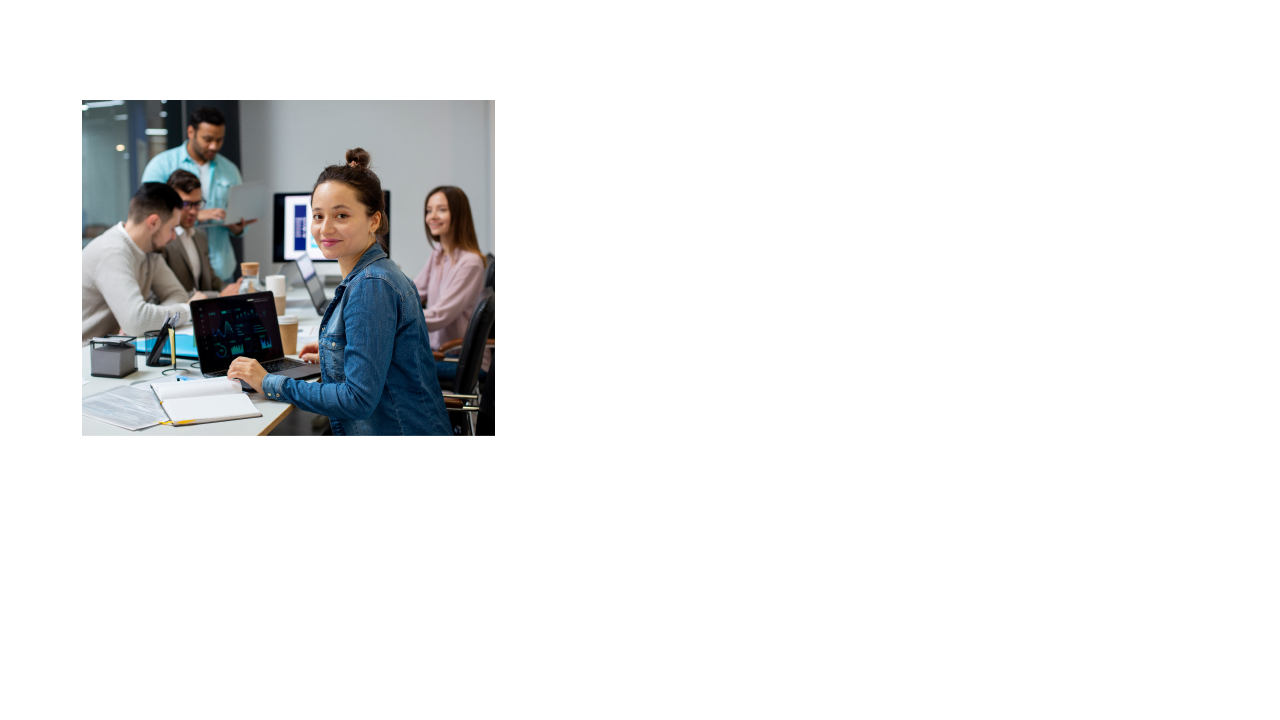
Repository: tagnam/mirehel2.0
Page: about.html
These files come from the project's save history. The page is drawn as it stood at one moment and after the next save; the edit follows.
The browser window is 1280 px wide. The pictures show the whole page.

Above is the page before, as saved 2025-02-03 11:44:17.

### about.html
<!DOCTYPE html>
<html lang="en">
<head>
    <meta charset="UTF-8">
    <meta name="viewport" content="width=device-width, initial-scale=1.0">
    <title>about</title>
    <link href="https://cdn.jsdelivr.net/npm/bootstrap@5.0.2/dist/css/bootstrap.min.css" rel="stylesheet" integrity="sha384-EVSTQN3/azprG1Anm3QDgpJLIm9Nao0Yz1ztcQTwFspd3yD65VohhpuuCOmLASjC" crossorigin="anonymous">
    <link rel="stylesheet" href="style/css/animation.css">
    <link rel="stylesheet" href="style/css/style.css">
    <link rel="stylesheet" href="style/css/animation.css">
</head>
<body>
<!--======================================== about section ==================================== -->


<section>
    <div class="container">
        <div class="row">
            <div class="col-lg-6">
                <div class="about-left">
                    <figure>
                        <img src="images/about-img-1.jpg" alt="">
                    </figure>
                </div>
            </div>
            <div class="col-lg-6"></div>
        </div>
    </div>
</section>

<!--======================================== end about section ==================================== -->












    <script src="https://cdn.jsdelivr.net/npm/bootstrap@5.0.2/dist/js/bootstrap.bundle.min.js" integrity="sha384-MrcW6ZMFYlzcLA8Nl+NtUVF0sA7MsXsP1UyJoMp4YLEuNSfAP+JcXn/tWtIaxVXM" crossorigin="anonymous"></script>
    <script src="https://cdn.jsdelivr.net/npm/@popperjs/core@2.9.2/dist/umd/popper.min.js" integrity="sha384-IQsoLXl5PILFhosVNubq5LC7Qb9DXgDA9i+tQ8Zj3iwWAwPtgFTxbJ8NT4GN1R8p" crossorigin="anonymous"></script>
    <script src="https://cdn.jsdelivr.net/npm/bootstrap@5.0.2/dist/js/bootstrap.min.js" integrity="sha384-cVKIPhGWiC2Al4u+LWgxfKTRIcfu0JTxR+EQDz/bgldoEyl4H0zUF0QKbrJ0EcQF" crossorigin="anonymous"></script>
</body>
</html>

### style/css/style.css

@import url('https://fonts.googleapis.com/css2?family=Hind:wght@300;400;500;600;700&family=Inter:ital,opsz,wght@0,14..32,100..900;1,14..32,100..900&family=Open+Sans:ital,wght@0,300..800;1,300..800&family=Oswald:wght@200..700&family=Poppins:ital,wght@0,100;0,200;0,300;0,400;0,500;0,600;0,700;0,800;0,900;1,100;1,200;1,300;1,400;1,500;1,600;1,700;1,800;1,900&family=Raleway:ital,wght@0,100..900;1,100..900&family=Roboto:ital,wght@0,100;0,300;0,400;0,500;0,700;0,900;1,100;1,300;1,400;1,500;1,700;1,900&family=Urbanist:ital,wght@0,100..900;1,100..900&display=swap');
@import url("https://cdn.jsdelivr.net/npm/bootstrap-icons@1.11.3/font/bootstrap-icons.min.css");
*{
    margin: 0;
    padding: 0;
    box-sizing: border-box;
}

:root{
    --primary-color: #252A4E;
    --secondary-color: #a249ed;

}

body{
    font-family: "Hind", serif;

    color:#252A4E;
}

section{
    padding: 100px 0;
}

.row-container{
    margin-top: 50px;
}
.banner-section{
    background-image: url(/images/banner-bg.webp);
    background-size: cover;
    background-position: center;
    /* background-attachment: fixed; */
    /* height: 100vh; */
    position: relative;
    margin: 15px;
    padding: 8px;
}
.section-btn{
    height: 100%;
    display: flex
;
    justify-content: flex-end;
    align-items: flex-end;
}

.title{
    font-size: 55px;
    font-weight: 800;
    line-height: 1;
}

.banner-img{
    position: relative;
    bottom: -89px;
}
.banner-content{
    margin-top: 100px;
    padding-right: 100px;
}

.banner-title{
    font-size: 70px;
    font-weight: 800;
    line-height: 1;
}

.banner-text{
    font-size: 20px;
    font-weight: 400;
    line-height: 1.5;
    margin-top: 20px;
    color:#515670;
}

.banner-title span{
    color: var(--secondary-color);
}
.sub-heading{
    position: relative;
    display: inline-block;
    font-size: 16px;
    letter-spacing: 0.32px;
    line-height: 26px;
    font-weight: 400;
    font-family: var(--galada);
    text-transform: uppercase;
    background: linear-gradient(90deg, #FFA835 -3.85%, #FA3DCC 97.3%, #FA3AD0 100%);
    background-clip: text;
    -webkit-background-clip: text;
    -webkit-text-fill-color: transparent;

    margin-bottom: 12px;
}




.banner-icon{
    width: 100%;
    background: linear-gradient(90deg, #9255CE -2.17%, #BE60FF 100%);
    box-shadow: 0px 0px 20px 0px rgba(0, 0, 0, 0.08);
    border-radius: 30px 45px 30px 30px;
    position: relative;
    padding: 20px;
    top: 28px;
    right: -13px;
}

.banner-icon h2{
    font-size: 45px;
    font-weight: 800;
    /* line-height: 1.5; */
    color: #fff;
    /* margin-bottom: 20px; */
    text-align: start;
    margin: unset;
    line-height: 38px;
    padding: 10px;
}

.banner-icon h4{
    font-size: 27px;
    font-weight: 600;
    line-height: 1.5;
    color: #fff;
    /* margin-top: 20px; */
    text-align: start;
    text-transform: uppercase;
}


.marquee-content{
    background: linear-gradient(90deg, #70DBFF 0%, #DD98FF 100%);
    border-radius: 0 0 35px 30px;
    overflow: hidden;
    padding: 23px 45px;
    width: 100%;
    position: absolute;
    left: 9px;
    bottom: -12px;
    display: flex;
    justify-content: space-between;
    align-items: center;
}


/* <!--===================================== about section end ========================================--> */
.about-right-container{
    padding-left: 50px;
}
.about-text p{
    font-size: 18px;
    line-height: 1.5;
    color: #515670;
    margin-top: 20px;
}

.about-img{
    position: relative;
    transform: translate(30px, 30px);
    width: 100%;
}

.about-figure{
    position: relative;
  background-color: aqua;
  padding: 20px;
}


.about-list{

    list-style: none;
    padding: unset;
}

.about-list li{
    display: flex;
    align-items: center;
    margin-bottom: 20px;
    justify-content: space-between;
}

.about-icon{

    display: flex;
    justify-content: center;
    align-items: center;
    background-color:var(--secondary-color);
    width: 78px;
    height: 84px;
    background: linear-gradient(90deg, #5A1CCB -2.17%, #815EDC 100%);
    border-radius: 50px 6px 6px 6px;
}

.about-icon .bi{
    font-size: 45px;
    color: #fff;
    display: flex;
    justify-content: center;
    align-items: center;
}


.about-list-title{
    font-size: 27px;
    line-height: 1.16;
    margin-bottom: 4px;
    font-weight: 600;
}

.about-list-text p{
    font-size: 16px;
    line-height: 1.5;
    color: #515670;
    margin: unset;
}
/* <!--===================================== about section end ========================================--> */




/* <!--===================================== service section start ========================================--> */

.service-index {
    width: 100%;
    display: flex;
    justify-content: center;
    align-items: center;
}

.service-index h2{
    position: relative;
    display: inline-block;

    letter-spacing: 0.32px;
margin: unset;
    font-weight: 600;
    font-family: var(--galada);
    text-transform: uppercase;
    background: linear-gradient(90deg, #FFA835 -3.85%, #FA3DCC 97.3%, #FA3AD0 100%);
    background-clip: text;
    -webkit-background-clip: text;
    -webkit-text-fill-color: transparent;

}

.service-title h3{
    font-size: 40px;
    font-weight: 800;
    line-height: 1;
    color: #252A4E;
    margin-bottom: 20px;
}

.service-row{
    border-bottom: 2px solid red;
    margin-bottom: 30px;
}

.service-icon{
    display: flex;
    justify-content: center;
}

.service-icon .bi{
    font-size: 45px;
    color:red;
    display: flex;
    justify-content: center;
    align-items: center;
}
/* <!--===================================== service section end ========================================--> */




/* <!--===================================== project section start========================================--> */




/* <!--===================================== project section start========================================--> */





/* <!--===================================== testimonial section start========================================--> */


.testimonial-card{
    background: linear-gradient(90deg, #70DBFF 0%, #DD98FF 100%);
    padding: 0px 20px;
    border-radius: 20px;
}


.testimonial-img{
    height: 58px;
    width: 58px;
    background: red;
    border-radius: 64%;
    border: 2px solid;
}

.testimonial-top{
    padding-bottom: 20px;
    border-bottom: 1px solid #fff;

}


.testimonial-bottom h2{
    font-size: 65px;
    font-weight: 600;
    line-height: 1.5;
    color: #fff;
    margin-top: 20px;
    text-align: start;
    text-transform: uppercase;
}

.testimonial-bottom p{
    font-size: 20px;
    line-height: 1.5;
    color: #fff;
    margin: unset;
}

  .testimonial .testimonial-content {
    margin: 10px 10px 0;
    /* background: #efefef; */
    padding: 0px 60px;
    position: relative;
    border: none;
    border-radius: 8px;
    font-style: italic;
    font-size: 25px;
    border: 2px solid;
    border-radius: 20px;
  }

  .testimonial .testimonial-content:before,
  .testimonial .testimonial-content:after {
    content: "\201C";
    position: absolute;
    font-size: 80px;
    line-height: 1;
    color: #757f9a;
    font-style: normal;
  }

  .testimonial .testimonial-content:before {
    top: 0;
    left: 10px;
  }

  .testimonial .testimonial-content:after {
    content: "\201D";
    right: 10px;
    bottom: -0.5em;
  }

.testimonial-start{
    display: flex    ;
        justify-content: left;
        align-items: center;
        margin: 20px 0px;
}

.testimonial-start .bi{
    margin: 0px 5px;
    font-size: 20px;
}
/* <!--===================================== testimonial section start========================================--> */

/* <!--===================================== project section start========================================--> */
.project-img{
    height: 550px;
}

.project-card .project-img {
    transition: 1ms ease-in-out;
}

.project-card:hover .project-img{
    transform: scaleX(1) scaleY(1) scaleZ(0.1) rotateX(15deg) rotateY(0deg) rotateZ(0deg) translateX(0px) translateY(0px) translateZ(0px) skewX(0deg) skewY(0deg);
}

.project-content{
    margin-top: -100px;
    z-index: 1;
}
/* <!--===================================== project section end========================================--> */



/* <!--===================================== choice section start========================================--> */

.choice-container{
    position: relative;
    padding: 10px;
    background-color: transparent;
height: 400px;
border: 15px solid transparent;
  /* border-image:linear-gradient(180deg, red 0%, #00000000 90.04%); */
  /* border-image:linear-gradient(180deg, #00000000  0%, red 90.04%); */
  border-image-slice: 1;
border-radius: 20px;
background: linear-gradient(white, white) padding-box,
linear-gradient(180deg, red 0%, #00000000 90.04%) border-box;
}

/* <!--===================================== choice section end========================================--> */

Loaded but not shown: style/css/animation.css (no stored copy; drawn as an empty file)

After the next save:
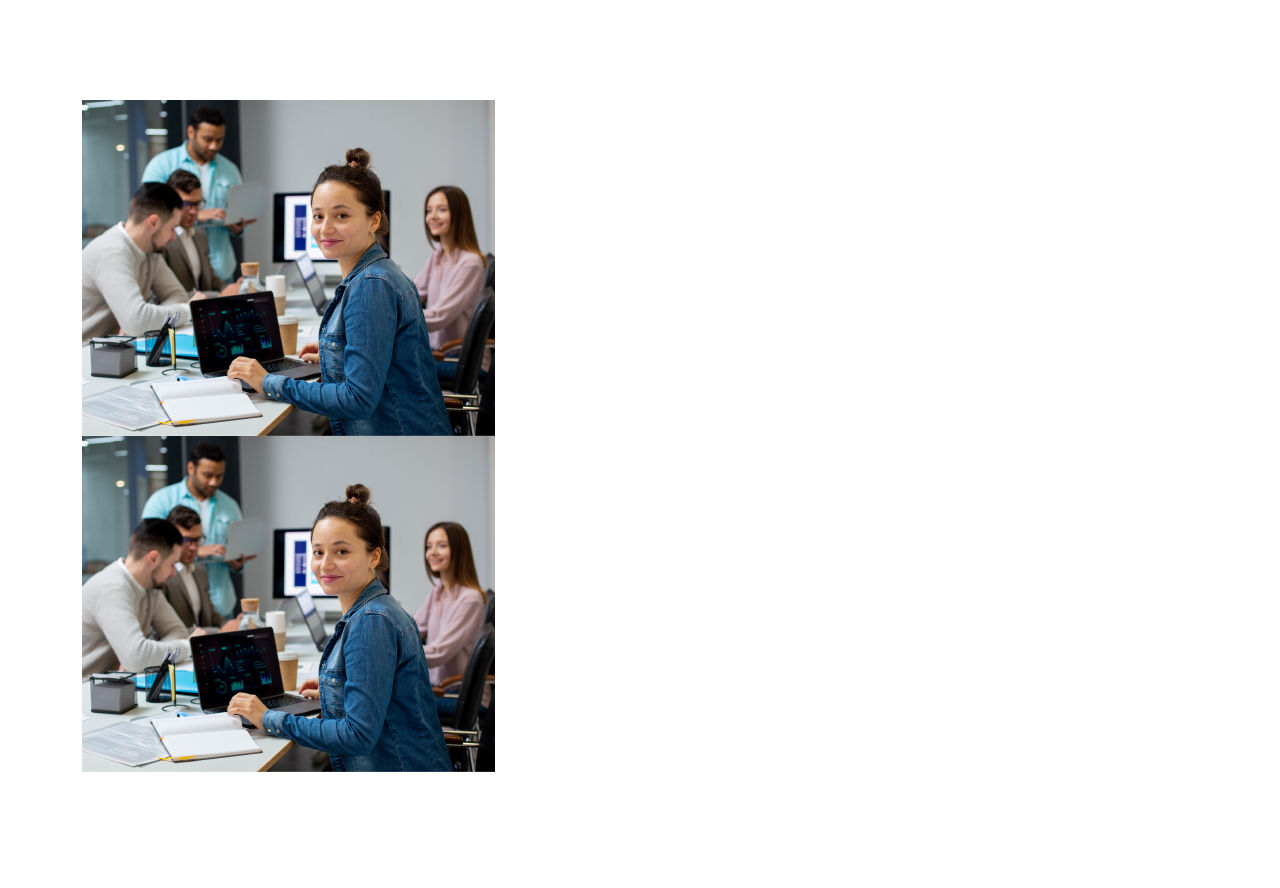
Saved 7 s later.
--- a/about.html
+++ b/about.html
@@ -19,6 +19,7 @@
             <div class="col-lg-6">
                 <div class="about-left">
                     <figure>
+                        <img src="images/about-img-1.jpg" alt="">
                         <img src="images/about-img-1.jpg" alt="">
                     </figure>
                 </div>
